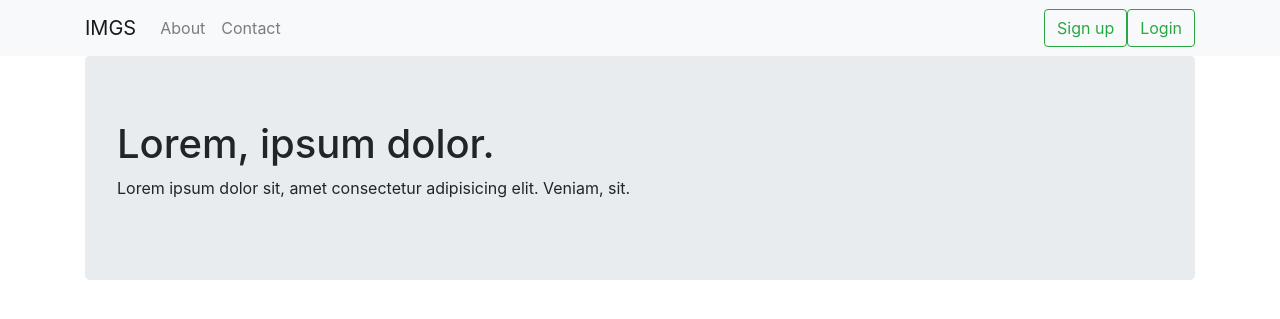
Repository: Mietlicha/exercise2
Page: index.html
An editor plug-in stored every save of this project. The page is shown before and after the next save, followed by the edit.
The browser window is 1280 px wide. The pictures show the whole page.

Above is the page before, as saved 2019-10-22 20:49:57.

After the next save:
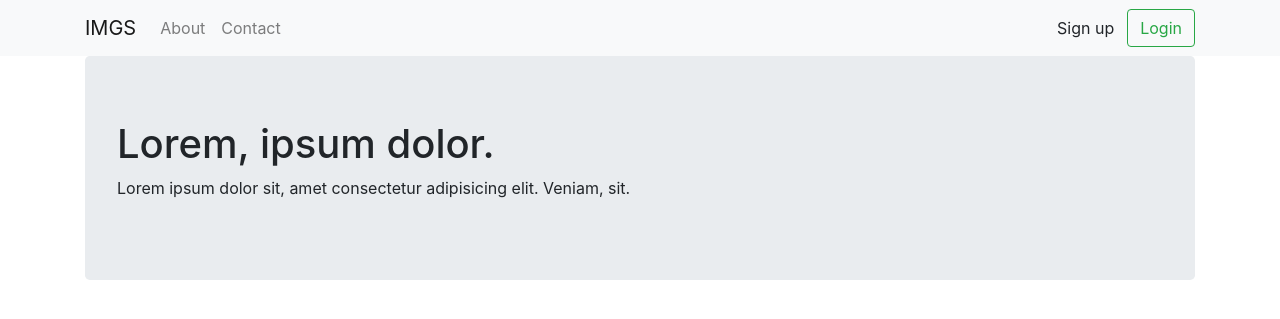
Saved 2 min 38 s later.
--- a/index.html
+++ b/index.html
@@ -29,7 +29,7 @@
                 </li>
             </ul>
               <form class="form-inline my-2 my-lg-0">
-                <button class="btn btn-outline-success my-2 my-sm-0" type="submit">Sign up</button>
+                <button class="btn my-2 my-sm-0" type="submit">Sign up</button>
                 <button class="btn btn-outline-success my-2 my-sm-0" type="submit">Login</button>
               </form>
             </div>

After the save that followed:
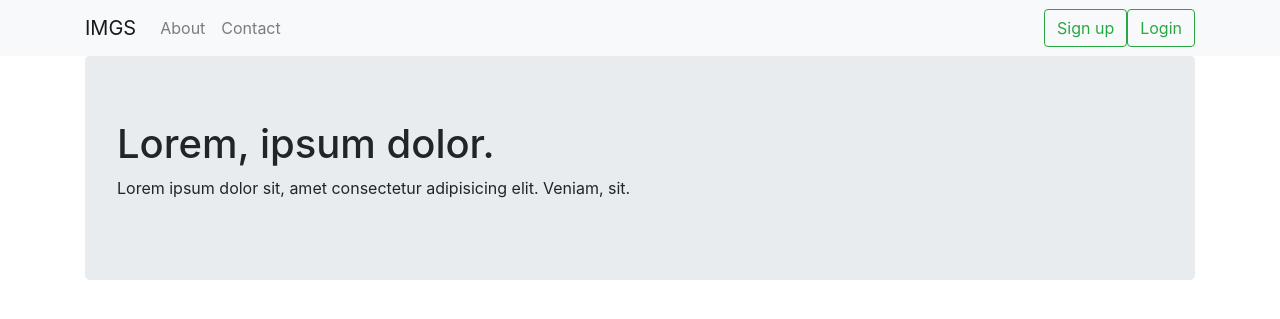
Saved 30 s later.
--- a/index.html
+++ b/index.html
@@ -29,7 +29,7 @@
                 </li>
             </ul>
               <form class="form-inline my-2 my-lg-0">
-                <button class="btn my-2 my-sm-0" type="submit">Sign up</button>
+                <button class="btn btn-outline-success my-sm-0" type="submit">Sign up</button>
                 <button class="btn btn-outline-success my-2 my-sm-0" type="submit">Login</button>
               </form>
             </div>
